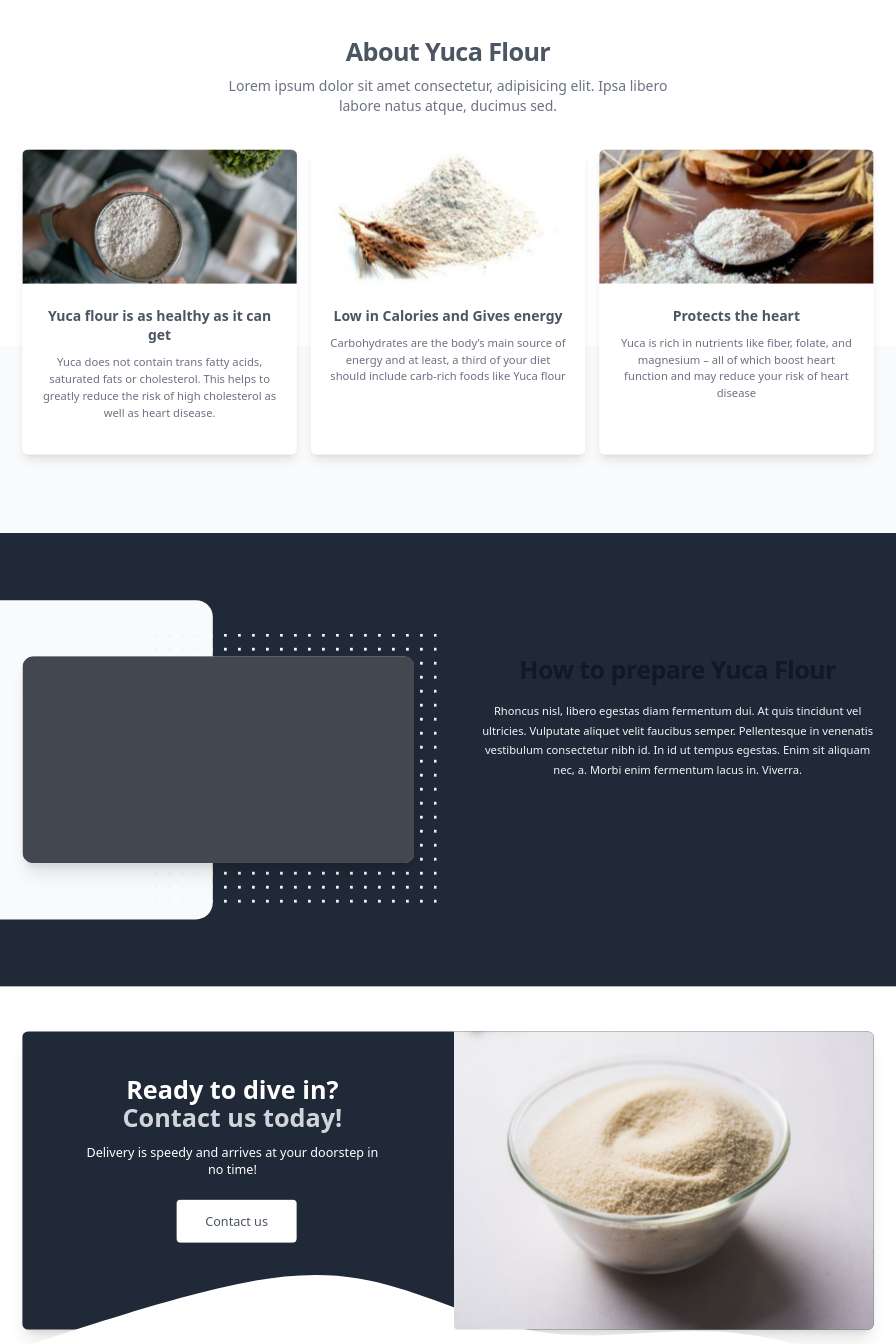
Repository: bellatrick/prime-foods
Page: /
These files come from the project's save history. The page is drawn as it stood at one moment and after the next save; the edit follows.
The browser window is 1280 px wide. The pictures show the part of the page from y = 789 to 2709 px (the page is 2960 px tall), at 70% of full size.
Pictures or frames that could not be fetched are drawn as grey boxes. Some web fonts or font styles are not loaded; a fallback is used. The project was rebuilt for these pictures with package versions that can differ from the ones it lists, and the page was loaded fresh each time.

Above is the page before, as saved 2022-05-01 12:38:36.

### public/index.html
<!DOCTYPE html>
<html lang="en">
  <head>
    <meta charset="utf-8" />
    <link rel="icon" href="%PUBLIC_URL%/favicon.ico" />
    <meta name="viewport" content="width=device-width, initial-scale=1" />
    <meta name="theme-color" content="#000000" />
    <meta
      name="description"
      content="Web site created using create-react-app"
    />
    <link rel="apple-touch-icon" href="%PUBLIC_URL%/logo192.png" />
    <link rel="preconnect" href="https://fonts.googleapis.com" />
    <link rel="preconnect" href="https://fonts.gstatic.com" crossorigin />
    <link
      href="https://fonts.googleapis.com/css2?family=Dancing+Script:wght@400;500;600;700&family=Inter:wght@100;200;300;400;500;700;900&family=Kavoon&display=swap"
      rel="stylesheet"
    />
    <!--
      manifest.json provides metadata used when your web app is installed on a
      user's mobile device or desktop. See https://developers.google.com/web/fundamentals/web-app-manifest/
    -->
    <link rel="manifest" href="%PUBLIC_URL%/manifest.json" />
    <!--
      Notice the use of %PUBLIC_URL% in the tags above.
      It will be replaced with the URL of the `public` folder during the build.
      Only files inside the `public` folder can be referenced from the HTML.

      Unlike "/favicon.ico" or "favicon.ico", "%PUBLIC_URL%/favicon.ico" will
      work correctly both with client-side routing and a non-root public URL.
      Learn how to configure a non-root public URL by running `npm run build`.
    -->
    <title>React App</title>
  </head>
  <body>
    <noscript>You need to enable JavaScript to run this app.</noscript>
    <div id="root"></div>
    <!--
      This HTML file is a template.
      If you open it directly in the browser, you will see an empty page.

      You can add webfonts, meta tags, or analytics to this file.
      The build step will place the bundled scripts into the <body> tag.

      To begin the development, run `npm start` or `yarn start`.
      To create a production bundle, use `npm run build` or `yarn build`.
    -->
  </body>
</html>

### src/App.js
import Hero from './components/Hero'
import Features from './components/Features'
import Cta from './components/Cta'
import Footer from './components/Footer'
import Content from './components/Content'
import './App.css';

function App() {
  return (
    <div className="App">
     <Hero/>
     <Features/>
     <Content/>
     <Cta/>
     <Footer/>

    </div>
  );
}

export default App;

### src/components/Hero.jsx
import { Popover } from "@headlessui/react";
import img1 from "../assets/img7.jpg";
import logo from "../assets/prime.jpg";
import Fade from "react-reveal/Fade";

export default function Example() {
  return (
    <div className="relative bg-gray-800">
      <Popover className="relative bg-white shadow">
        <div className="max-w-7xl mx-auto px-4 sm:px-6">
          <div className="flex justify-between items-center py-6  md:space-x-10">
            <div className="flex justify-start lg:w-0 lg:flex-1">
              <img
                src={logo}
                alt=""
                className="h-12 w-auto sm:h-12 object-fill"
              />
            </div>
            <div className="flex gap-8 text-white font-bold cursor-pointer  ">
              <a
                className="hover:bg-gray-400 hover:text-white w-32 py-2 text-white bg-gray-800 rounded-md"
                href="#About"
              >
                About{" "}
              </a>
              <a
                className="hover:bg-gray-400 hover:text-white w-32 py-2 text-white bg-gray-800 rounded-md"
                href="#contact-us"
              >
                Contact us
              </a>
            </div>
          </div>
        </div>
      </Popover>

      <main className="lg:relative">
        <div className="mx-auto max-w-7xl w-full pt-16 pb-20 text-center lg:py-48 lg:text-left">
          <div className="px-4 lg:w-1/2 sm:px-8 xl:pr-16">
            <Fade left opposite>
              <h1 className="text-4xl tracking-tight font-extrabold text-white sm:text-5xl md:text-6xl lg:text-5xl xl:text-6xl">
                <span className="block xl:inline">Yuca Flour</span>{" "}
              </h1>
            </Fade>
            <Fade right opposite>
              <p className="mt-3 max-w-md mx-auto text-lg text-gray-100 sm:text-xl md:mt-5 md:max-w-3xl">
                Yuca flour is a product of cassava. It is nutrient dense and
                provides all the nourishment your body needs to be fortified.
              </p>
            </Fade>

            <div className="mt-10 flex justify-center lg:justify-start">
              <div className="mt-3 sm:mt-0 sm:ml-3">
                <a
                  href="#About"
                  className="w-72 z-10 flex items-center justify-center px-8 py-2 border border-transparent text-base font-medium rounded-md hover:bg-gray-900 text-white bg-gray-400  cursor-pointer md:py-4 md:text-lg md:px-10"
                >
                  Learn more
                </a>
              </div>
            </div>
          </div>
        </div>

        <Fade bottom opposite>
          <div className="relative w-full h-64 sm:h-72 md:h-96 lg:absolute lg:inset-y-0 lg:right-0 lg:w-1/2 lg:h-full">
            <img
              className="absolute inset-0 w-full h-full object-cover"
              src={img1}
              alt=""
            />
          </div>
        </Fade>
      </main>

      <div className="absolute bottom-0 left-0 right-0 w-full">
        <svg
          xmlns="http://www.w3.org/2000/svg"
          viewBox="0 0 1440 320"
          className="h-48  z-0"
        >
          <path
            fill="#fff"
            fill-opacity="1"
            d="M0,288L48,272C96,256,192,224,288,197.3C384,171,480,149,576,165.3C672,181,768,235,864,250.7C960,267,1056,245,1152,250.7C1248,256,1344,288,1392,304L1440,320L1440,320L1392,320C1344,320,1248,320,1152,320C1056,320,960,320,864,320C768,320,672,320,576,320C480,320,384,320,288,320C192,320,96,320,48,320L0,320Z"
          ></path>
        </svg>
      </div>
    </div>
  );
}

### src/components/Features.jsx
import img1 from "../assets/img2.jpg";
import img2 from "../assets/img3.png";
import img3 from "../assets/img4.jfif";
import Fade from "react-reveal/Fade";
const posts = [
  {
    title: "Yuca flour is as healthy as it can get",
    description:
      "Yuca does not contain trans fatty acids, saturated fats or cholesterol. This helps to greatly reduce the risk of high cholesterol as well as heart disease.",
    imageUrl: img2,
  },
  {
    title: " Low in Calories and Gives energy",
    description:
      "Carbohydrates are the body’s main source of energy and at least, a third of your diet should include carb-rich foods like Yuca flour",
    imageUrl: img1,

  },
  {
    title: "Protects the heart",
    description:
      "Yuca is rich in nutrients like fiber, folate, and magnesium – all of which boost heart function and may reduce your risk of heart disease",
    imageUrl: img3,
  },
];

export default function Example() {
  return (
    <div className="relative bg-gray-50 pt-16 pb-20 px-4 sm:px-6 lg:pt-24 lg:pb-28 lg:px-8" id='About'>
      <div className="absolute inset-0">
        <div className="bg-white h-1/3 sm:h-2/3" />
      </div>
      <div className="relative max-w-7xl mx-auto">
        <div className="text-center">
          <h2 className="text-3xl tracking-tight font-extrabold text-gray-600 sm:text-4xl">
            About Yuca Flour
          </h2>
          <p className="mt-3 max-w-2xl mx-auto text-xl text-gray-500 sm:mt-4">
            Lorem ipsum dolor sit amet consectetur, adipisicing elit. Ipsa
            libero labore natus atque, ducimus sed.
          </p>
        </div>
        <>
          <div className="mt-12 max-w-lg mx-auto grid gap-5 lg:grid-cols-3 lg:max-w-none">
            {posts.map((post) => (
              <Fade cascade opposite left>
                <div
                  key={post.title}
                  className="flex flex-col rounded-lg shadow-lg overflow-hidden"
                >
                  <div className="flex-shrink-0">
                    <img
                      className="h-48 w-full object-cover"
                      src={post.imageUrl}
                      alt="feature img"
                    />
                  </div>
                  <div className="flex-1 bg-white p-6 flex flex-col justify-between">
                    <div className="flex-1">
                      <a href={post.href} className="block mt-2">
                        <p className="text-xl font-semibold text-gray-600">
                          {post.title}
                        </p>
                        <p className="mt-3 text-base text-gray-500">
                          {post.description}
                        </p>
                      </a>
                    </div>
                    <div className="mt-6 flex items-center"></div>
                  </div>
                </div>
              </Fade>
            ))}
          </div>
        </>
      </div>
    </div>
  );
}

### src/components/Cta.jsx
import img1 from "../assets/img9.jpg";
import Slide from "react-reveal/Slide";
import Fade from "react-reveal/Fade";
export default function Example() {
  return (
    <div className="bg-white relative" id="contact-us">
         <div className="absolute bottom-0 left-0 right-0">
        <svg xmlns="http://www.w3.org/2000/svg" viewBox="0 0 1440 320">
          <path
            fill="#fff"
            fill-opacity="1"
            d="M0,288L48,272C96,256,192,224,288,197.3C384,171,480,149,576,165.3C672,181,768,235,864,250.7C960,267,1056,245,1152,250.7C1248,256,1344,288,1392,304L1440,320L1440,320L1392,320C1344,320,1248,320,1152,320C1056,320,960,320,864,320C768,320,672,320,576,320C480,320,384,320,288,320C192,320,96,320,48,320L0,320Z"
          ></path>
        </svg>
      </div>
      <div className="max-w-7xl mx-auto py-16 px-4 sm:px-6 lg:px-8">
        <div className="bg-gray-800 rounded-lg shadow-xl overflow-hidden lg:grid lg:grid-cols-2 lg:gap-4">
          <div className="pt-6 pb-12 px-6 sm:pt-10 sm:px-16 lg:py-16 lg:pr-0 xl:py-16 xl:px-20">
            <div className="lg:self-center">
              <h2 className="text-2xl font-extrabold text-white sm:text-4xl">
                <Fade left>
                  <span className="block">Ready to dive in?</span>
                </Fade>
                <Fade right>
                  {" "}
                  <span className="block text-gray-300">Contact us today!</span>
                </Fade>
              </h2>
              <Slide left>
                {" "}
                <p className="mt-4 text-lg leading-6 text-white">
                  Delivery is speedy and arrives at your doorstep in no time!
                </p>
              </Slide>
              <Slide left>
                <div className="mt-4 flex justify-center sm:mt-8 sm:ml-3 cursor-pointer">
                  <a
                    href={`https://wa.me/${'+2348108932677'}/?text=${'Hello, i just got off your website and i would like to...'}`}
                    rel="noreferrer"
                    className=" flex items-center justify-center px-8 py-3 border border-transparent text-base font-medium rounded-md bg-white text-gray-600 hover:bg-gray-400 hover:text-white cursor-pointer md:py-4 md:text-lg md:px-10"
                  >
                    Contact us
                  </a>
                </div>
              </Slide>
            </div>
          </div>{" "}
          <div className="-mt-6 aspect-w-5 aspect-h-3 md:aspect-w-2 md:aspect-h-1">
            <Slide right>
              <img
                className="transform translate-x-6 translate-y-6 rounded-md object-cover object-left-top sm:translate-x-16 lg:translate-y-20"
                src={img1}
                alt="App screenshot"
              />
            </Slide>
          </div>
        </div>
      </div>

    </div>
  );
}

### src/components/Footer.jsx
/* This example requires Tailwind CSS v2.0+ */
const navigation = {
    social: [
      {
        name: 'Facebook',
        href: '#',
        icon: (props) => (
          <svg fill="currentColor" viewBox="0 0 24 24" {...props}>
            <path
              fillRule="evenodd"
              d="M22 12c0-5.523-4.477-10-10-10S2 6.477 2 12c0 4.991 3.657 9.128 8.438 9.878v-6.987h-2.54V12h2.54V9.797c0-2.506 1.492-3.89 3.777-3.89 1.094 0 2.238.195 2.238.195v2.46h-1.26c-1.243 0-1.63.771-1.63 1.562V12h2.773l-.443 2.89h-2.33v6.988C18.343 21.128 22 16.991 22 12z"
              clipRule="evenodd"
            />
          </svg>
        ),
      },
      {
        name: 'Instagram',
        href: '#',
        icon: (props) => (
          <svg fill="currentColor" viewBox="0 0 24 24" {...props}>
            <path
              fillRule="evenodd"
              d="M12.315 2c2.43 0 2.784.013 3.808.06 1.064.049 1.791.218 2.427.465a4.902 4.902 0 011.772 1.153 4.902 4.902 0 011.153 1.772c.247.636.416 1.363.465 2.427.048 1.067.06 1.407.06 4.123v.08c0 2.643-.012 2.987-.06 4.043-.049 1.064-.218 1.791-.465 2.427a4.902 4.902 0 01-1.153 1.772 4.902 4.902 0 01-1.772 1.153c-.636.247-1.363.416-2.427.465-1.067.048-1.407.06-4.123.06h-.08c-2.643 0-2.987-.012-4.043-.06-1.064-.049-1.791-.218-2.427-.465a4.902 4.902 0 01-1.772-1.153 4.902 4.902 0 01-1.153-1.772c-.247-.636-.416-1.363-.465-2.427-.047-1.024-.06-1.379-.06-3.808v-.63c0-2.43.013-2.784.06-3.808.049-1.064.218-1.791.465-2.427a4.902 4.902 0 011.153-1.772A4.902 4.902 0 015.45 2.525c.636-.247 1.363-.416 2.427-.465C8.901 2.013 9.256 2 11.685 2h.63zm-.081 1.802h-.468c-2.456 0-2.784.011-3.807.058-.975.045-1.504.207-1.857.344-.467.182-.8.398-1.15.748-.35.35-.566.683-.748 1.15-.137.353-.3.882-.344 1.857-.047 1.023-.058 1.351-.058 3.807v.468c0 2.456.011 2.784.058 3.807.045.975.207 1.504.344 1.857.182.466.399.8.748 1.15.35.35.683.566 1.15.748.353.137.882.3 1.857.344 1.054.048 1.37.058 4.041.058h.08c2.597 0 2.917-.01 3.96-.058.976-.045 1.505-.207 1.858-.344.466-.182.8-.398 1.15-.748.35-.35.566-.683.748-1.15.137-.353.3-.882.344-1.857.048-1.055.058-1.37.058-4.041v-.08c0-2.597-.01-2.917-.058-3.96-.045-.976-.207-1.505-.344-1.858a3.097 3.097 0 00-.748-1.15 3.098 3.098 0 00-1.15-.748c-.353-.137-.882-.3-1.857-.344-1.023-.047-1.351-.058-3.807-.058zM12 6.865a5.135 5.135 0 110 10.27 5.135 5.135 0 010-10.27zm0 1.802a3.333 3.333 0 100 6.666 3.333 3.333 0 000-6.666zm5.338-3.205a1.2 1.2 0 110 2.4 1.2 1.2 0 010-2.4z"
              clipRule="evenodd"
            />
          </svg>
        ),
      },
      {
        name: 'Twitter',
        href: '#',
        icon: (props) => (
          <svg fill="currentColor" viewBox="0 0 24 24" {...props}>
            <path d="M8.29 20.251c7.547 0 11.675-6.253 11.675-11.675 0-.178 0-.355-.012-.53A8.348 8.348 0 0022 5.92a8.19 8.19 0 01-2.357.646 4.118 4.118 0 001.804-2.27 8.224 8.224 0 01-2.605.996 4.107 4.107 0 00-6.993 3.743 11.65 11.65 0 01-8.457-4.287 4.106 4.106 0 001.27 5.477A4.072 4.072 0 012.8 9.713v.052a4.105 4.105 0 003.292 4.022 4.095 4.095 0 01-1.853.07 4.108 4.108 0 003.834 2.85A8.233 8.233 0 012 18.407a11.616 11.616 0 006.29 1.84" />
          </svg>
        ),
      },
    ],
  }

  export default function Example() {
    return (
      <footer className="bg-gray-800">
        <div className="max-w-7xl mx-auto py-12 px-4 overflow-hidden sm:px-6 lg:px-8">
          <div className="mt-8 flex justify-center space-x-6">
            {navigation.social.map((item) => (
              <a key={item.name} href={item.href} className="text-gray-100 hover:text-gray-200">
                <span className="sr-only">{item.name}</span>
                <item.icon className="h-6 w-6" aria-hidden="true" />
              </a>
            ))}
          </div>
          <p className="mt-8 text-center text-base text-gray-100">&copy; 2022 Prime foods. All rights reserved.</p>
        </div>
      </footer>
    )
  }

### src/components/Content.jsx
import img1 from '../assets/img1.jpg'
  export default function Example() {
    return (
      <div className="relative bg-gray-800 py-16 sm:py-24">
        <div className="lg:mx-auto lg:max-w-7xl lg:px-8 lg:grid lg:grid-cols-2 lg:gap-24 lg:items-start">
          <div className="relative sm:py-16 lg:py-0">
            <div aria-hidden="true" className="hidden sm:block lg:absolute lg:inset-y-0 lg:right-0 lg:w-screen">
              <div className="absolute inset-y-0 right-1/2 w-full bg-gray-50 rounded-r-3xl lg:right-72" />
              <svg
                className="absolute top-8 left-1/2 -ml-3 lg:-right-8 lg:left-auto lg:top-12"
                width={404}
                height={392}
                fill="none"
                viewBox="0 0 404 392"
              >
                <defs>
                  <pattern
                    id="02f20b47-fd69-4224-a62a-4c9de5c763f7"
                    x={0}
                    y={0}
                    width={20}
                    height={20}
                    patternUnits="userSpaceOnUse"
                  >
                    <rect x={0} y={0} width={4} height={4} className="text-gray-100" fill="currentColor" />
                  </pattern>
                </defs>
                <rect width={404} height={392} fill="url(#02f20b47-fd69-4224-a62a-4c9de5c763f7)" />
              </svg>
            </div>
            <div className="relative mx-auto max-w-md px-4 sm:max-w-3xl sm:px-6 lg:px-0 lg:max-w-none lg:py-20">
              {/* Testimonial card*/}
              <div className="relative pt-64 pb-10 rounded-2xl shadow-xl overflow-hidden">
                <img
                  className="absolute inset-0 h-full w-full object-cover"
                  src={img1}
                  alt=""
                />
                <div className="absolute inset-0 bg-gray-500 mix-blend-multiply" />

              </div>
            </div>
          </div>
          <div className="relative mx-auto max-w-md px-4 sm:max-w-3xl sm:px-6 lg:px-0">
            {/* Content area */}
            <div className="pt-12 sm:pt-16 lg:pt-20">
              <h2 className="text-3xl text-gray-900 font-extrabold tracking-tight sm:text-4xl">
                How to prepare Yuca Flour
              </h2>
              <div className="mt-6 text-gray-100 space-y-6">

                <p className="text-base leading-7">
                  Rhoncus nisl, libero egestas diam fermentum dui. At quis tincidunt vel ultricies. Vulputate aliquet
                  velit faucibus semper. Pellentesque in venenatis vestibulum consectetur nibh id. In id ut tempus
                  egestas. Enim sit aliquam nec, a. Morbi enim fermentum lacus in. Viverra.
                </p>
              </div>
            </div>


          </div>
        </div>
      </div>
    )
  }

### tailwind.config.js
module.exports = {
  content: ["./src/**/*.{js,jsx,ts,tsx}"],
  theme: {
    extend: {
      colors: {
        primary: "#do380c",
      },
      fontFamily: {
        body: ["Inter", "sans-serif"],
        logo: ["Dancing Script", "cursive"],
      },
    },
  },
  plugins: [],
};

Loaded but not shown: src/index.js (common file); src/index.css (common file); src/reportWebVitals.js (common file); src/App.css (common file)

After the next save:
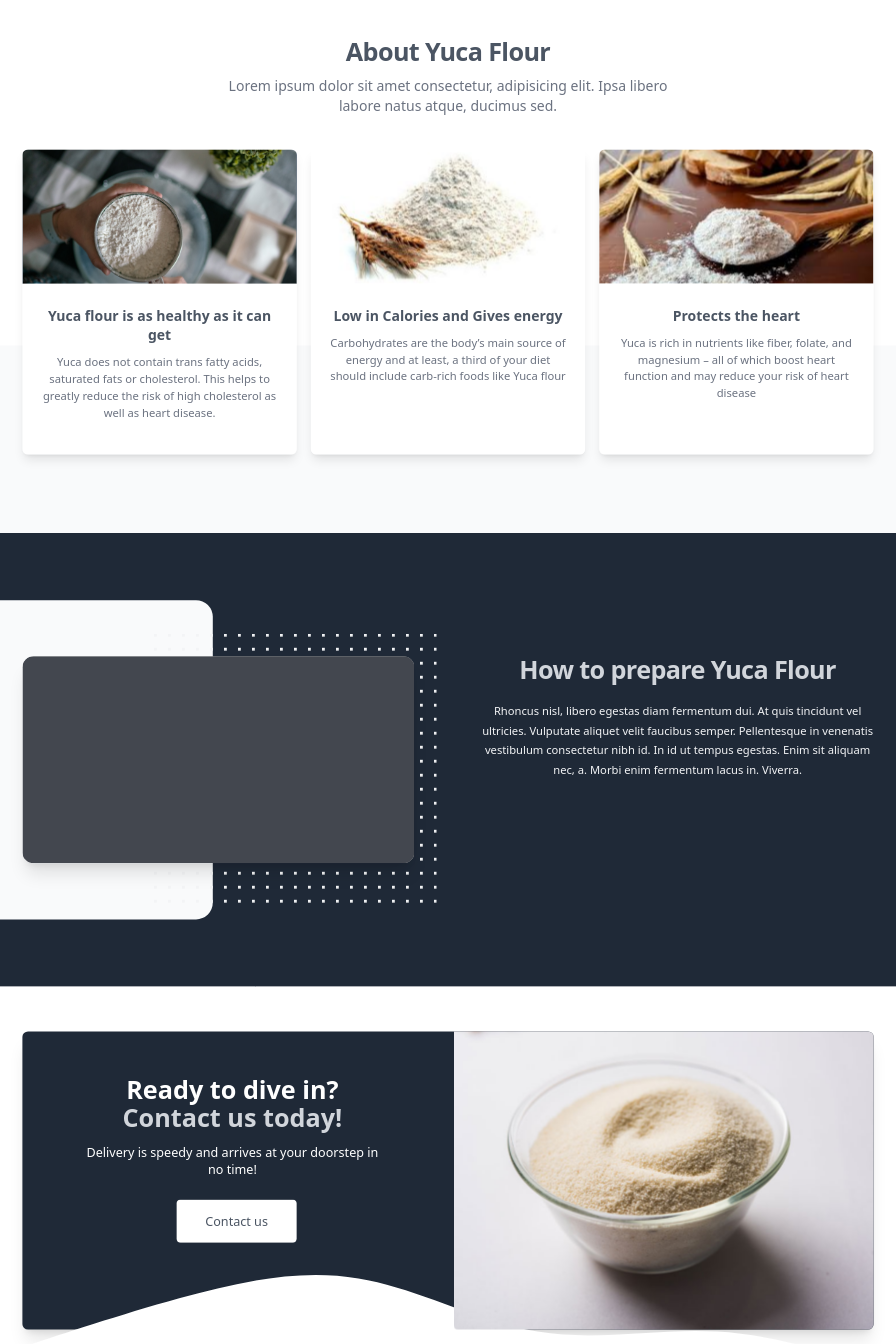
Saved 11 s later.
--- a/src/components/Content.jsx
+++ b/src/components/Content.jsx
@@ -44,7 +44,7 @@ import img1 from '../assets/img1.jpg'
           <div className="relative mx-auto max-w-md px-4 sm:max-w-3xl sm:px-6 lg:px-0">
             {/* Content area */}
             <div className="pt-12 sm:pt-16 lg:pt-20">
-              <h2 className="text-3xl text-gray-900 font-extrabold tracking-tight sm:text-4xl">
+              <h2 className="text-3xl text-gray-300 font-extrabold tracking-tight sm:text-4xl">
                 How to prepare Yuca Flour
               </h2>
               <div className="mt-6 text-gray-100 space-y-6">
